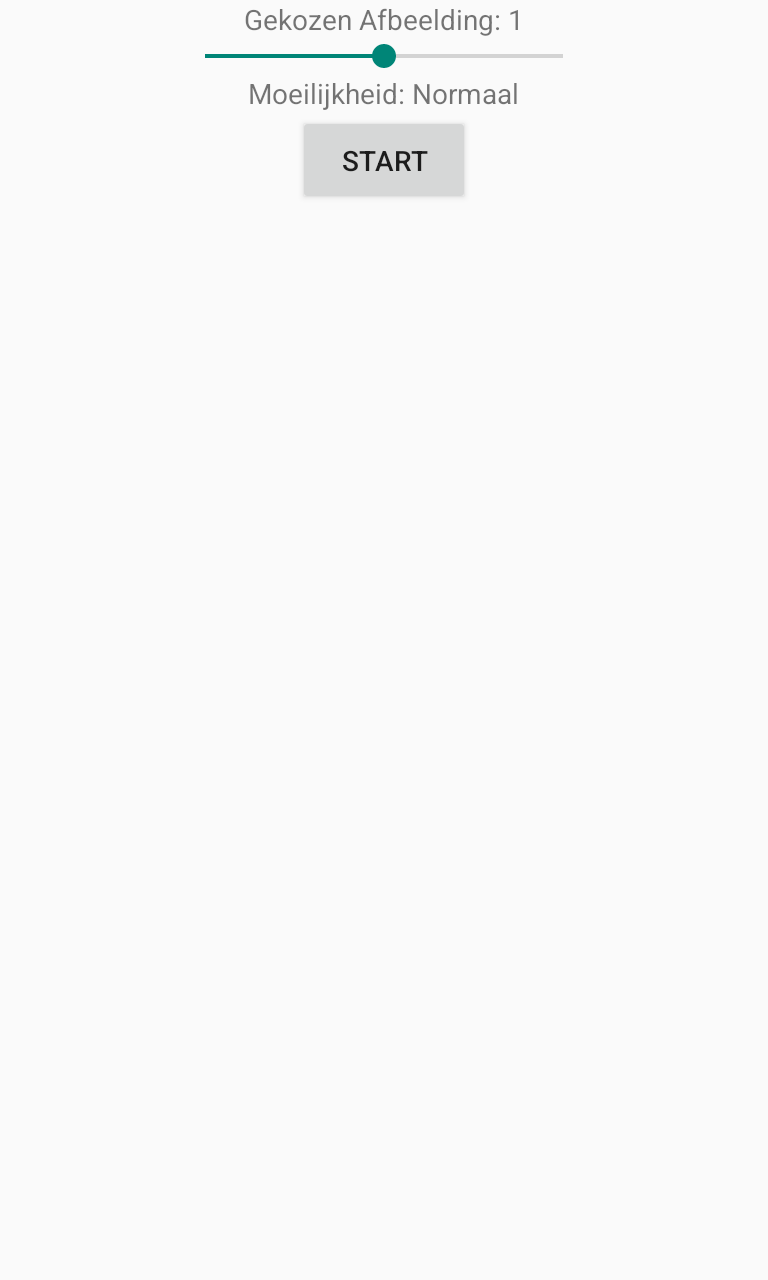
Repository: MarcSelles/nPuzzle10447768
Layout: NPuzzle10447768/res/layout/activity_main.xml
These files come from the project's save history. The layout is drawn as it stood at one moment and after the next save; the edit follows.
It is drawn on a 768 x 1280 px phone screen (xhdpi) without system bars, with theme AppTheme; the app's code is not run.

Above is the layout before, as saved 2014-12-04 13:36:05.

### NPuzzle10447768/res/layout/activity_main.xml
<LinearLayout xmlns:android="http://schemas.android.com/apk/res/android"
    xmlns:tools="http://schemas.android.com/tools"
    android:layout_width="match_parent"
    android:layout_height="match_parent"
    android:gravity="center_horizontal"
    android:orientation="vertical" >

    <ScrollView
        android:layout_width="wrap_content"
        android:layout_height="0.5 * height" >
        <LinearLayout
            android:id="@+id/gallery1"
            android:layout_width="wrap_content"
            android:layout_height="wrap_content"
            android:orientation="vertical"
            />
    </ScrollView>

    <TextView
        android:id="@+id/textAfbeeldingNr"
        android:layout_width="wrap_content"
        android:layout_height="wrap_content"
        android:text="Gekozen Afbeelding: 1" />

    <SeekBar
        android:id="@+id/sliderMoeilijkheid"
        android:layout_width="211dp"
        android:layout_height="wrap_content"
        android:max="2"
        android:progress="1" />

    <TextView
        android:id="@+id/textMoeilijkheid"
        android:layout_width="wrap_content"
        android:layout_height="wrap_content"
        android:text="Moeilijkheid: Normaal" />

    <Button
        android:id="@+id/startButton"
        android:layout_width="wrap_content"
        android:layout_height="wrap_content"
        android:text="Start"
        android:onClick="toGame"/>

</LinearLayout>

Loaded but not shown: NPuzzle10447768/res/values/styles.xml (common file); NPuzzle10447768/res/values-v11/styles.xml (common file); NPuzzle10447768/res/values-v14/styles.xml (common file)

After the next save:
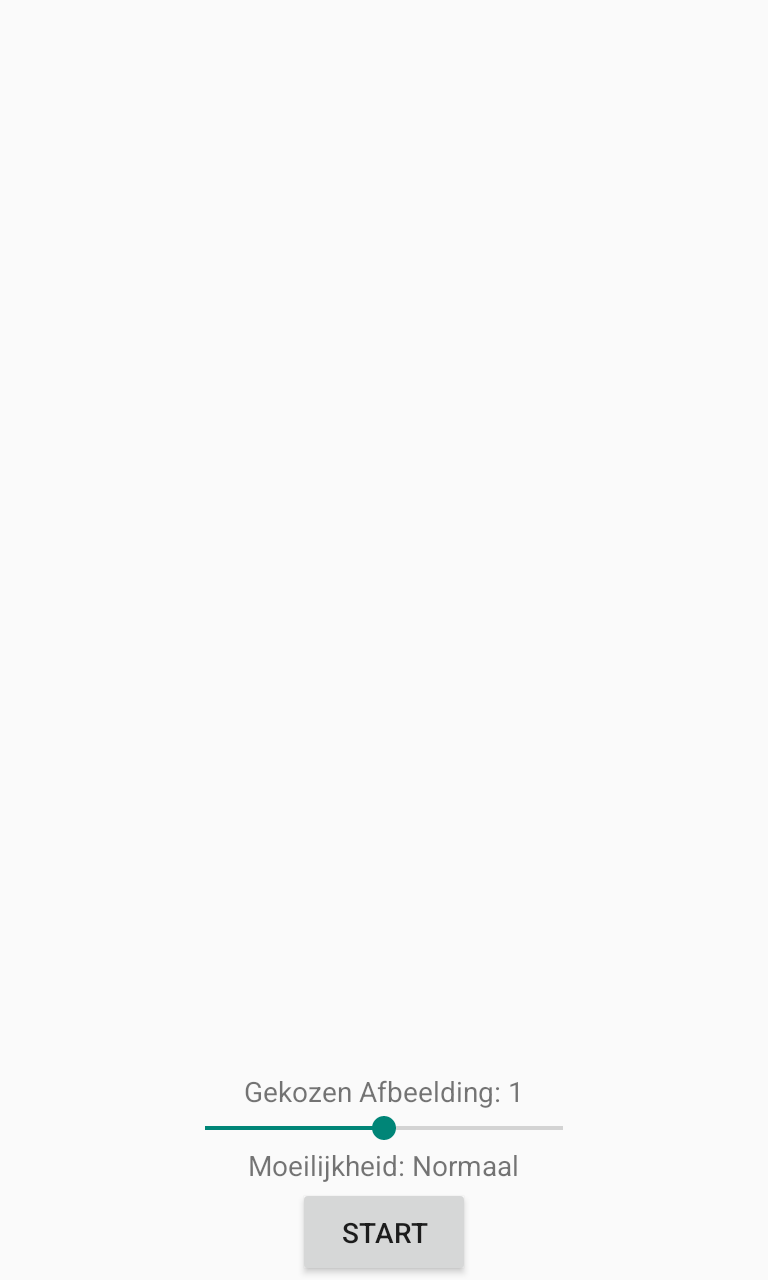
Saved 68 s later.
--- a/NPuzzle10447768/res/layout/activity_main.xml
+++ b/NPuzzle10447768/res/layout/activity_main.xml
@@ -7,7 +7,8 @@
 
     <ScrollView
         android:layout_width="wrap_content"
-        android:layout_height="0.5 * height" >
+        android:layout_height="0dp"
+        android:layout_weight="0.5" >
         <LinearLayout
             android:id="@+id/gallery1"
             android:layout_width="wrap_content"
